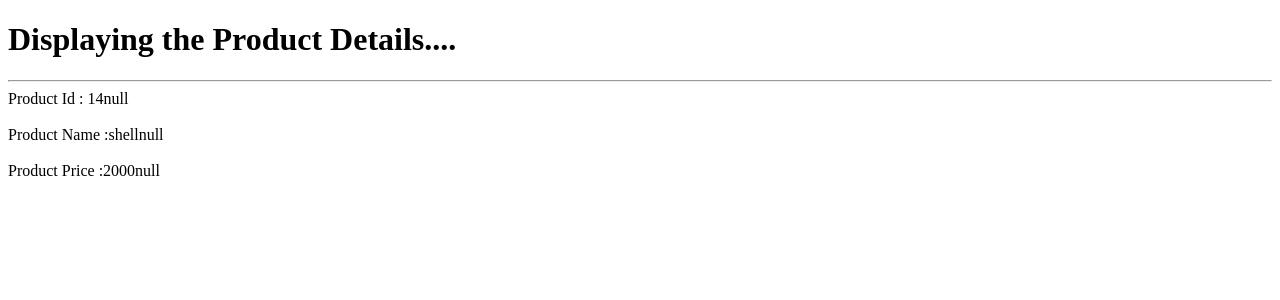
Repository: balinenibhanuprakash444/projects-All-Phases
Page: http://localhost/RetrievingtheProductDetails/dispaly.jsp
The author's editor kept a copy of each file at every save. The page is drawn from the files as they stood at one save, then again after the next save.
The browser window is 1280 px wide. The pictures show the whole page.
The page is served by Tomcat 9.

Above is the page before, as saved 2022-03-22 13:48:33.

After the next save:
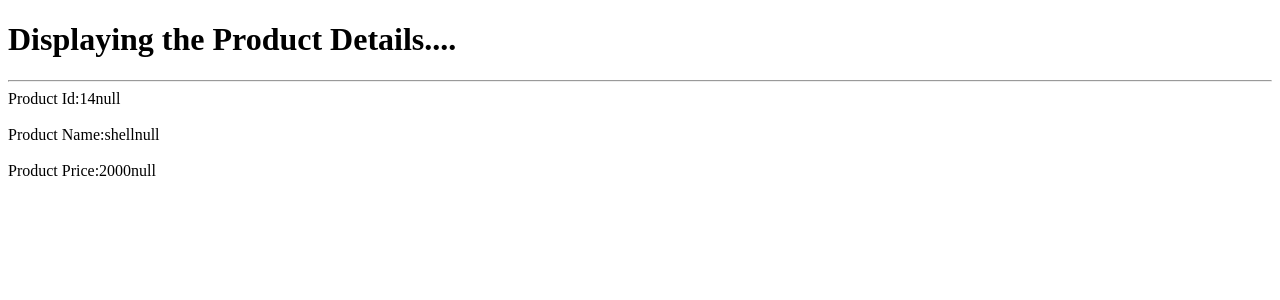
Saved 21 s later.
--- a/RetrievingtheProductDetails/src/main/webapp/dispaly.jsp
+++ b/RetrievingtheProductDetails/src/main/webapp/dispaly.jsp
@@ -9,11 +9,11 @@
 <body>
 <h1>Displaying the Product Details....</h1>
 <hr>
-<%= "Product Id : 14" + session.getAttribute("pid") %> <br> <br>
+<%= "Product Id:14" + session.getAttribute("pid") %> <br> <br>
 
-<%= "Product Name :shell" + session.getAttribute("pname") %>  <br> <br>
+<%= "Product Name:shell" + session.getAttribute("pname") %>  <br> <br>
 
-<%= "Product Price :2000" + session.getAttribute("pprice") %>
+<%= "Product Price:2000" + session.getAttribute("pprice") %>
 </hr>
 
 
